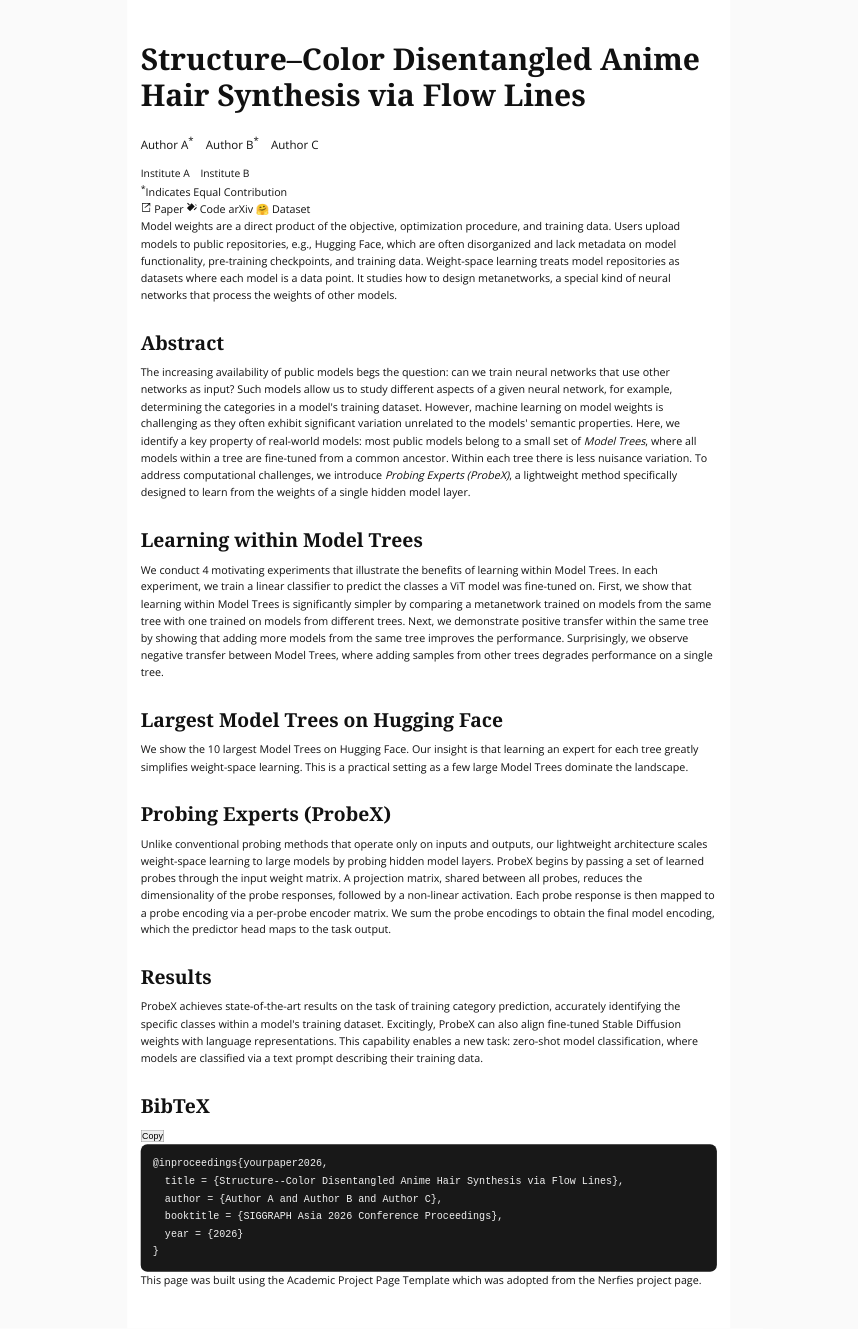
Repository: zty0304/FlowLines-web
Page: index.html
These files come from the project's save history. The page is drawn as it stood at one moment and after the next save; the edit follows.
The browser window is 1280 px wide. The pictures show the whole page, at 67% of full size.

Above is the page before, as saved 2026-08-31 15:21:09.
Console error: TypeError: Cannot set properties of null (setting 'textContent')

After the next save:
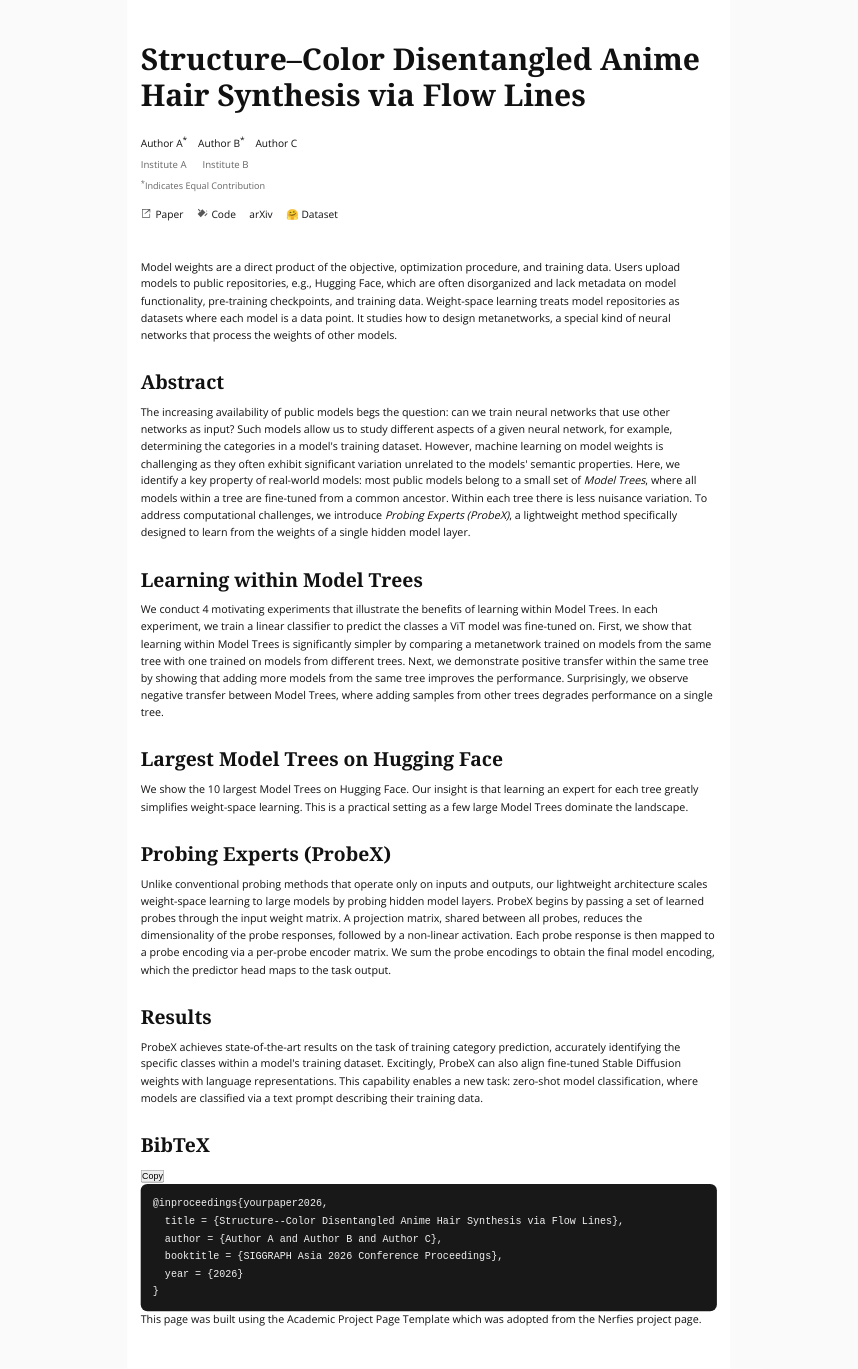
Saved 8 s later.
--- a/styles.css
+++ b/styles.css
@@ -65,32 +65,67 @@ a:hover {
   text-decoration: underline;
 }
 
-.authors,
-.affiliations,
-.links {
-  margin-top: 18px;
+.title-block {
+  margin-bottom: 50px;
+}
+
+.authors-block {
+  margin-top: 20px;
 }
 
 .authors {
+  font-size: 0.95rem;
+  margin-bottom: 8px;
+}
+
+.authors span {
+  display: inline;
+  margin-right: 12px;
+}
+
+.authors a {
+  color: var(--text-color);
+}
+
+.affiliations {
+  font-size: 0.9rem;
+  color: var(--muted-color);
+  margin-bottom: 8px;
+}
+
+.affiliations span {
+  margin-right: 20px;
+}
+
+.notes {
+  font-size: 0.85rem;
+  color: var(--muted-color);
+  margin-bottom: 15px;
+}
+
+.links-row {
   display: flex;
+  gap: 20px;
   flex-wrap: wrap;
-  gap: 18px;
-  font-size: 1.08rem;
-}
-
-.affiliations {
-  display: flex;
-  flex-wrap: wrap;
-  gap: 16px;
-  font-size: 0.96rem;
-}
-
-.links {
-  display: flex;
-  flex-wrap: wrap;
-  gap: 16px;
-  font-size: 0.96rem;
-  font-weight: 600;
+  margin-top: 15px;
+}
+
+.links-row a {
+  display: inline-flex;
+  align-items: center;
+  gap: 6px;
+  font-size: 0.95rem;
+  font-weight: 500;
+  color: var(--text-color);
+  padding: 4px 0;
+}
+
+.links-row a:hover {
+  text-decoration: underline;
+}
+
+.links-row svg {
+  opacity: 0.7;
 }
 
 .teaser {
